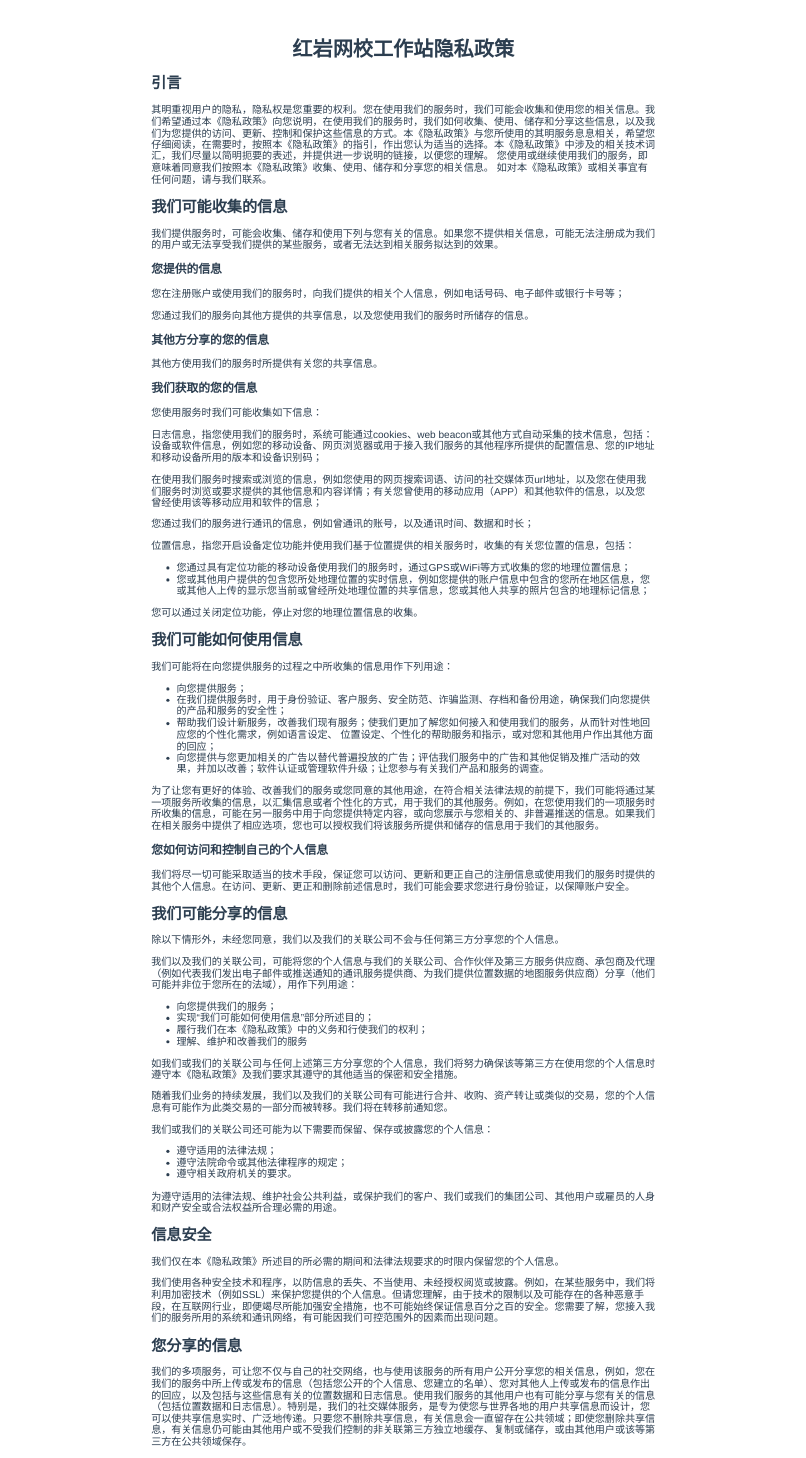
Repository: zl-mdc/privacy-policy
Page: /
These files come from the project's save history. The page is drawn as it stood at one moment and after the next save; the edit follows.
The browser window is 1280 px wide. The pictures show the whole page, at 63% of full size.
The project was rebuilt for these pictures with package versions that can differ from the ones it lists, and the page was loaded fresh each time.

Above is the page before, as saved 2020-09-17 15:53:15.

### src/main.js
import Vue from 'vue'
import App from './App.vue'
import 'normalize.css'

Vue.config.productionTip = false

new Vue({
  render: h => h(App),
}).$mount('#app')

### src/App.vue
<template>
  <div id="app">
    <Info />
  </div>
</template>

<script>
import Info from './components/Info';

export default {
  name: 'App',
  components: {
    Info
  }
}
</script>

<style>
#app {
  font-family: Avenir, Helvetica, Arial, sans-serif;
  -webkit-font-smoothing: antialiased;
  -moz-osx-font-smoothing: grayscale;
  text-align: center;
  color: #2c3e50;
  margin-top: 60px;
}
</style>

### src/components/Info.vue
<!--
 * @Author: Code_Master
 * @Date: 2020-09-17 15:00:51
 * @LastEditTime: 2020-09-17 15:53:15
 * @LastEditors: Code_Master
 * @FilePath: /privacy-policy/src/components/Info.vue
 * @Description: The first 90% of the code accounts for the first 90% of the development time. The remaining 10% of the code accounts for the other 90% of the development time.
-->
<template>
    <div id="info">
          <h1>红岩网校工作站隐私政策</h1>

          <h2>引言</h2>
          <p><span></span>其明重视用户的隐私，隐私权是您重要的权利。您在使用我们的服务时，我们可能会收集和使用您的相关信息。我们希望通过本《隐私政策》向您说明，在使用我们的服务时，我们如何收集、使用、储存和分享这些信息，以及我们为您提供的访问、更新、控制和保护这些信息的方式。本《隐私政策》与您所使用的其明服务息息相关，希望您仔细阅读，在需要时，按照本《隐私政策》的指引，作出您认为适当的选择。本《隐私政策》中涉及的相关技术词汇，我们尽量以简明扼要的表述，并提供进一步说明的链接，以便您的理解。 您使用或继续使用我们的服务，即意味着同意我们按照本《隐私政策》收集、使用、储存和分享您的相关信息。 如对本《隐私政策》或相关事宜有任何问题，请与我们联系。 </p>

          <h2>我们可能收集的信息</h2>
          <p>我们提供服务时，可能会收集、储存和使用下列与您有关的信息。如果您不提供相关信息，可能无法注册成为我们的用户或无法享受我们提供的某些服务，或者无法达到相关服务拟达到的效果。</p>
          <h3>您提供的信息</h3>
          <p>您在注册账户或使用我们的服务时，向我们提供的相关个人信息，例如电话号码、电子邮件或银行卡号等；</p>
          <p>您通过我们的服务向其他方提供的共享信息，以及您使用我们的服务时所储存的信息。</p>
          <h3>其他方分享的您的信息</h3>
          <p>其他方使用我们的服务时所提供有关您的共享信息。</p>
          <h3>我们获取的您的信息</h3>
          <p>您使用服务时我们可能收集如下信息：</p>
          <p>日志信息，指您使用我们的服务时，系统可能通过cookies、web beacon或其他方式自动采集的技术信息，包括：设备或软件信息，例如您的移动设备、网页浏览器或用于接入我们服务的其他程序所提供的配置信息、您的IP地址和移动设备所用的版本和设备识别码；</p>
          <p>在使用我们服务时搜索或浏览的信息，例如您使用的网页搜索词语、访问的社交媒体页url地址，以及您在使用我们服务时浏览或要求提供的其他信息和内容详情；有关您曾使用的移动应用（APP）和其他软件的信息，以及您曾经使用该等移动应用和软件的信息；</p>
          <p>您通过我们的服务进行通讯的信息，例如曾通讯的账号，以及通讯时间、数据和时长；</p>
          <p>位置信息，指您开启设备定位功能并使用我们基于位置提供的相关服务时，收集的有关您位置的信息，包括：</p>
          <ul>
              <li>您通过具有定位功能的移动设备使用我们的服务时，通过GPS或WiFi等方式收集的您的地理位置信息；</li>
              <li>您或其他用户提供的包含您所处地理位置的实时信息，例如您提供的账户信息中包含的您所在地区信息，您或其他人上传的显示您当前或曾经所处地理位置的共享信息，您或其他人共享的照片包含的地理标记信息；</li>
          </ul>
          <p>您可以通过关闭定位功能，停止对您的地理位置信息的收集。</p>

          <h2>我们可能如何使用信息</h2>
          <p>我们可能将在向您提供服务的过程之中所收集的信息用作下列用途：</p>
          <ul>
              <li>向您提供服务； </li>
              <li>在我们提供服务时，用于身份验证、客户服务、安全防范、诈骗监测、存档和备份用途，确保我们向您提供的产品和服务的安全性； </li>
              <li>帮助我们设计新服务，改善我们现有服务；使我们更加了解您如何接入和使用我们的服务，从而针对性地回应您的个性化需求，例如语言设定、 位置设定、个性化的帮助服务和指示，或对您和其他用户作出其他方面的回应；</li>
              <li>向您提供与您更加相关的广告以替代普遍投放的广告；评估我们服务中的广告和其他促销及推广活动的效果，并加以改善；软件认证或管理软件升级；让您参与有关我们产品和服务的调查。</li>
          </ul>
          <p>为了让您有更好的体验、改善我们的服务或您同意的其他用途，在符合相关法律法规的前提下，我们可能将通过某一项服务所收集的信息，以汇集信息或者个性化的方式，用于我们的其他服务。例如，在您使用我们的一项服务时所收集的信息，可能在另一服务中用于向您提供特定内容，或向您展示与您相关的、非普遍推送的信息。如果我们在相关服务中提供了相应选项，您也可以授权我们将该服务所提供和储存的信息用于我们的其他服务。</p>
          <h3>您如何访问和控制自己的个人信息</h3>
          <p>我们将尽一切可能采取适当的技术手段，保证您可以访问、更新和更正自己的注册信息或使用我们的服务时提供的其他个人信息。在访问、更新、更正和删除前述信息时，我们可能会要求您进行身份验证，以保障账户安全。</p>

          <h2>我们可能分享的信息</h2>
          <p>除以下情形外，未经您同意，我们以及我们的关联公司不会与任何第三方分享您的个人信息。</p>
          <p>我们以及我们的关联公司，可能将您的个人信息与我们的关联公司、合作伙伴及第三方服务供应商、承包商及代理（例如代表我们发出电子邮件或推送通知的通讯服务提供商、为我们提供位置数据的地图服务供应商）分享（他们可能并非位于您所在的法域），用作下列用途：</p>
          <ul>
              <li>向您提供我们的服务；</li>
              <li>实现“我们可能如何使用信息”部分所述目的；</li>
              <li>履行我们在本《隐私政策》中的义务和行使我们的权利； </li>
              <li>理解、维护和改善我们的服务</li>
          </ul>
          <p>如我们或我们的关联公司与任何上述第三方分享您的个人信息，我们将努力确保该等第三方在使用您的个人信息时遵守本《隐私政策》及我们要求其遵守的其他适当的保密和安全措施。</p>
          <p>随着我们业务的持续发展，我们以及我们的关联公司有可能进行合并、收购、资产转让或类似的交易，您的个人信息有可能作为此类交易的一部分而被转移。我们将在转移前通知您。</p>
          <p>我们或我们的关联公司还可能为以下需要而保留、保存或披露您的个人信息：</p>
          <ul>
              <li>遵守适用的法律法规；</li>
              <li>遵守法院命令或其他法律程序的规定； </li>
              <li>遵守相关政府机关的要求。 </li>
          </ul>
          <p>为遵守适用的法律法规、维护社会公共利益，或保护我们的客户、我们或我们的集团公司、其他用户或雇员的人身和财产安全或合法权益所合理必需的用途。</p>

          <h2>信息安全</h2>
          <p>我们仅在本《隐私政策》所述目的所必需的期间和法律法规要求的时限内保留您的个人信息。</p>
          <p>我们使用各种安全技术和程序，以防信息的丢失、不当使用、未经授权阅览或披露。例如，在某些服务中，我们将利用加密技术（例如SSL）来保护您提供的个人信息。但请您理解，由于技术的限制以及可能存在的各种恶意手段，在互联网行业，即便竭尽所能加强安全措施，也不可能始终保证信息百分之百的安全。您需要了解，您接入我们的服务所用的系统和通讯网络，有可能因我们可控范围外的因素而出现问题。</p>

          <h2>您分享的信息</h2>
          <p>我们的多项服务，可让您不仅与自己的社交网络，也与使用该服务的所有用户公开分享您的相关信息，例如，您在我们的服务中所上传或发布的信息（包括您公开的个人信息、您建立的名单）、您对其他人上传或发布的信息作出的回应，以及包括与这些信息有关的位置数据和日志信息。使用我们服务的其他用户也有可能分享与您有关的信息（包括位置数据和日志信息）。特别是，我们的社交媒体服务，是专为使您与世界各地的用户共享信息而设计，您可以使共享信息实时、广泛地传递。只要您不删除共享信息，有关信息会一直留存在公共领域；即使您删除共享信息，有关信息仍可能由其他用户或不受我们控制的非关联第三方独立地缓存、复制或储存，或由其他用户或该等第三方在公共领域保存。</p>
    </div>
</template>

<script>
export default {
    name: "Info",
}
</script>

<style>
    #info {
        width: 800px;
        margin: 0 auto;
        text-align: left;
    }
    h1 {
        text-align: center;
    }
</style>

Loaded but not shown: public/index.html (common file)

After the next save:
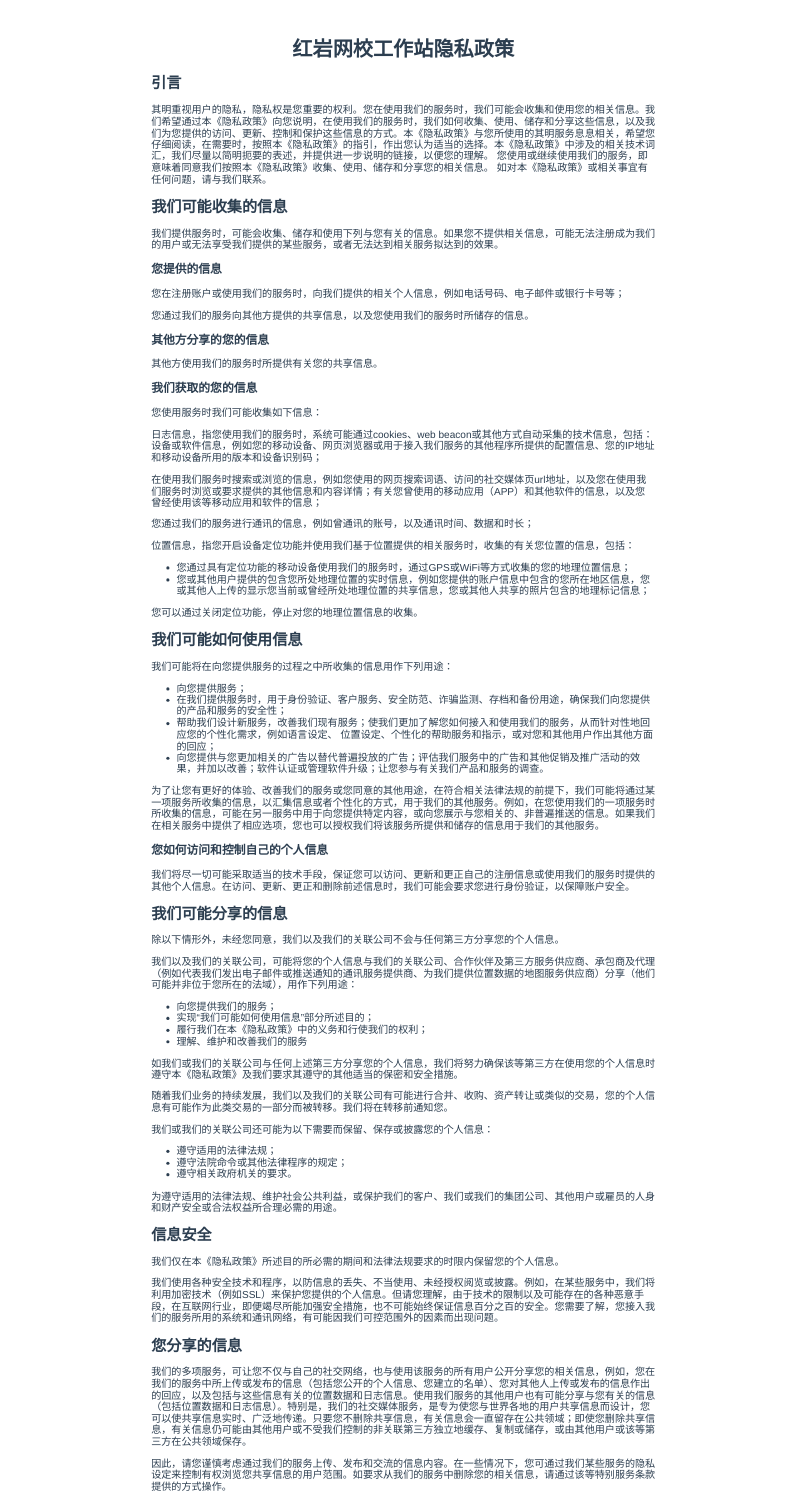
Saved 18 s later.
--- a/src/components/Info.vue
+++ b/src/components/Info.vue
@@ -1,7 +1,7 @@
 <!--
  * @Author: Code_Master
  * @Date: 2020-09-17 15:00:51
- * @LastEditTime: 2020-09-17 15:53:15
+ * @LastEditTime: 2020-09-17 15:53:33
  * @LastEditors: Code_Master
  * @FilePath: /privacy-policy/src/components/Info.vue
  * @Description: The first 90% of the code accounts for the first 90% of the development time. The remaining 10% of the code accounts for the other 90% of the development time.
@@ -69,6 +69,7 @@
 
           <h2>您分享的信息</h2>
           <p>我们的多项服务，可让您不仅与自己的社交网络，也与使用该服务的所有用户公开分享您的相关信息，例如，您在我们的服务中所上传或发布的信息（包括您公开的个人信息、您建立的名单）、您对其他人上传或发布的信息作出的回应，以及包括与这些信息有关的位置数据和日志信息。使用我们服务的其他用户也有可能分享与您有关的信息（包括位置数据和日志信息）。特别是，我们的社交媒体服务，是专为使您与世界各地的用户共享信息而设计，您可以使共享信息实时、广泛地传递。只要您不删除共享信息，有关信息会一直留存在公共领域；即使您删除共享信息，有关信息仍可能由其他用户或不受我们控制的非关联第三方独立地缓存、复制或储存，或由其他用户或该等第三方在公共领域保存。</p>
+          <p>因此，请您谨慎考虑通过我们的服务上传、发布和交流的信息内容。在一些情况下，您可通过我们某些服务的隐私设定来控制有权浏览您共享信息的用户范围。如要求从我们的服务中删除您的相关信息，请通过该等特别服务条款提供的方式操作。</p>
     </div>
 </template>
 
